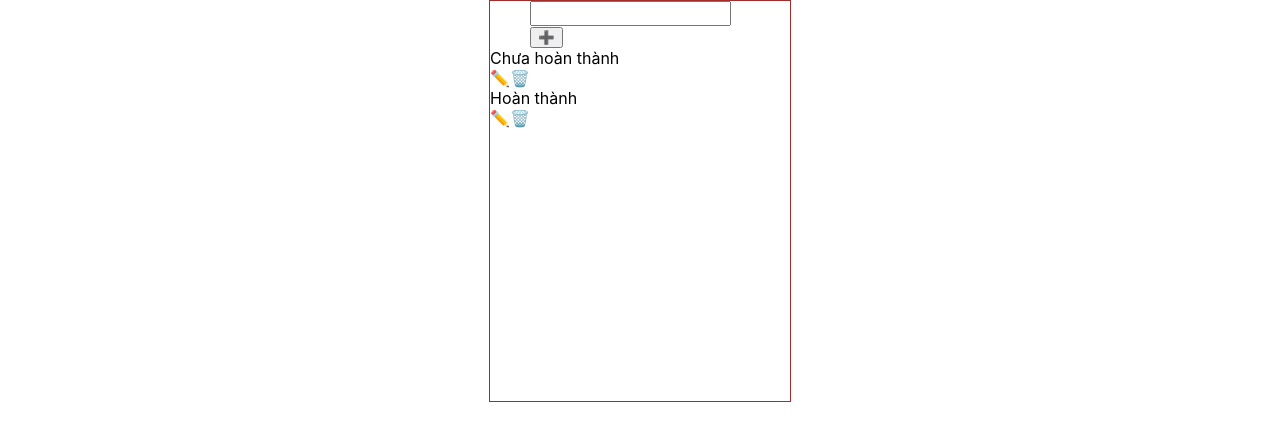
Repository: ChauVanLoc/TodoList-Reactjs
Page: / (app in todo-app/)
An editor plug-in stored every save of this project. The page is shown before and after the next save, followed by the edit.
The browser window is 1280 px wide. The pictures show the whole page.
The project was rebuilt for these pictures with package versions that can differ from the ones it lists, and the page was loaded fresh each time.

Above is the page before, as saved 2022-12-04 18:33:37.

After the next save:
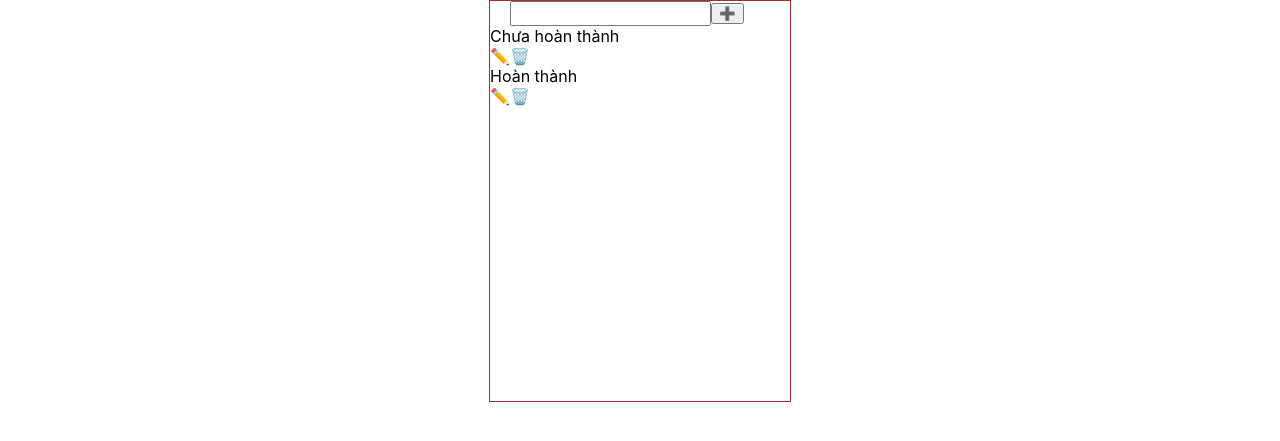
Saved 26 s later.
--- a/todo-app/src/components/TaskInput/TaskInputStyle.module.scss
+++ b/todo-app/src/components/TaskInput/TaskInputStyle.module.scss
@@ -1,5 +1,5 @@
 .wrapTaskInput {
-  width: 220px;
+  width: 260px;
   height: auto;
   margin-left: auto;
   margin-right: auto;
